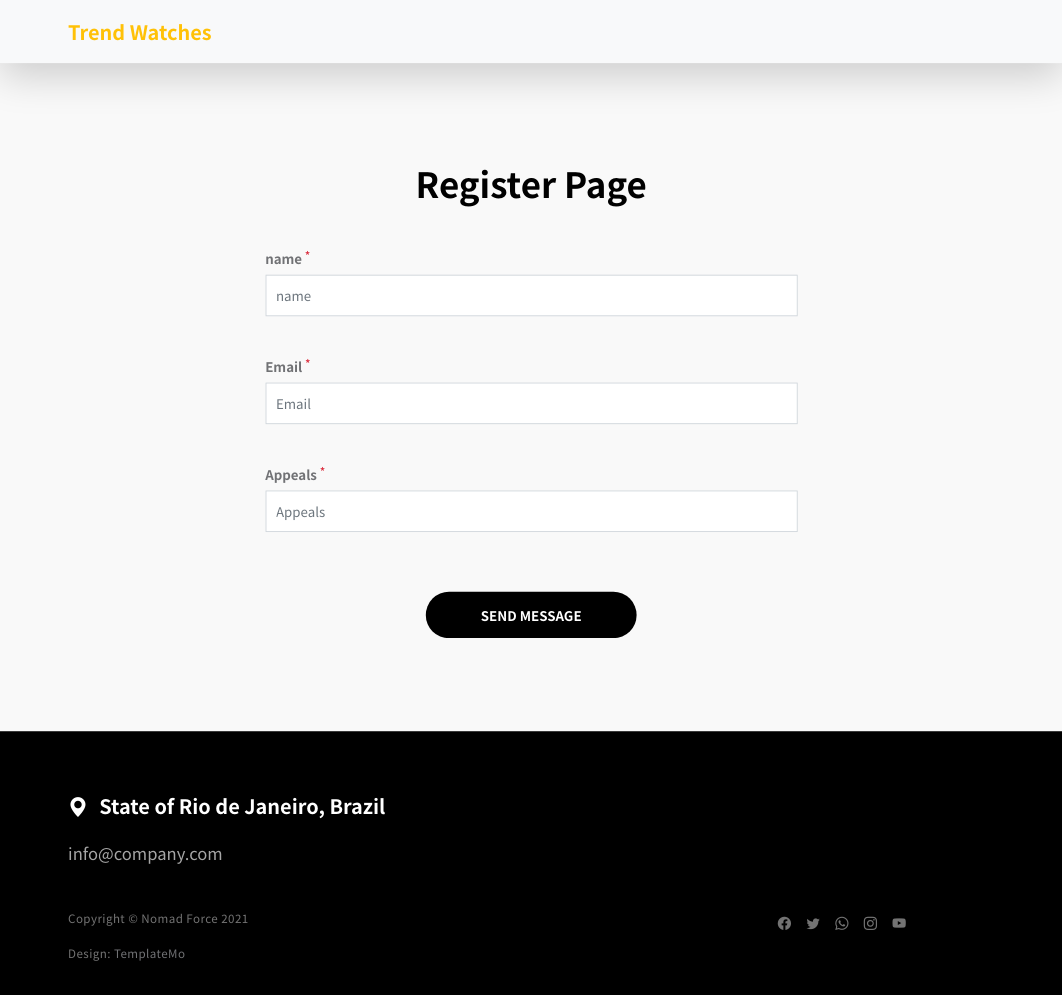
Repository: maqsudov0371/homework
Page: templates/appeals.html
The author's editor kept a copy of each file at every save. The page is drawn from the files as they stood at one save, then again after the next save.
The browser window is 1280 px wide. The pictures show the whole page, at 83% of full size.
The page is served by the project's application, run on Django 5.2 (manage.py). The template is opened directly, without the code that normally fills it, so the values that code supplies are empty.

Above is the page before, as saved 2024-07-13 15:19:58.

After the next save:
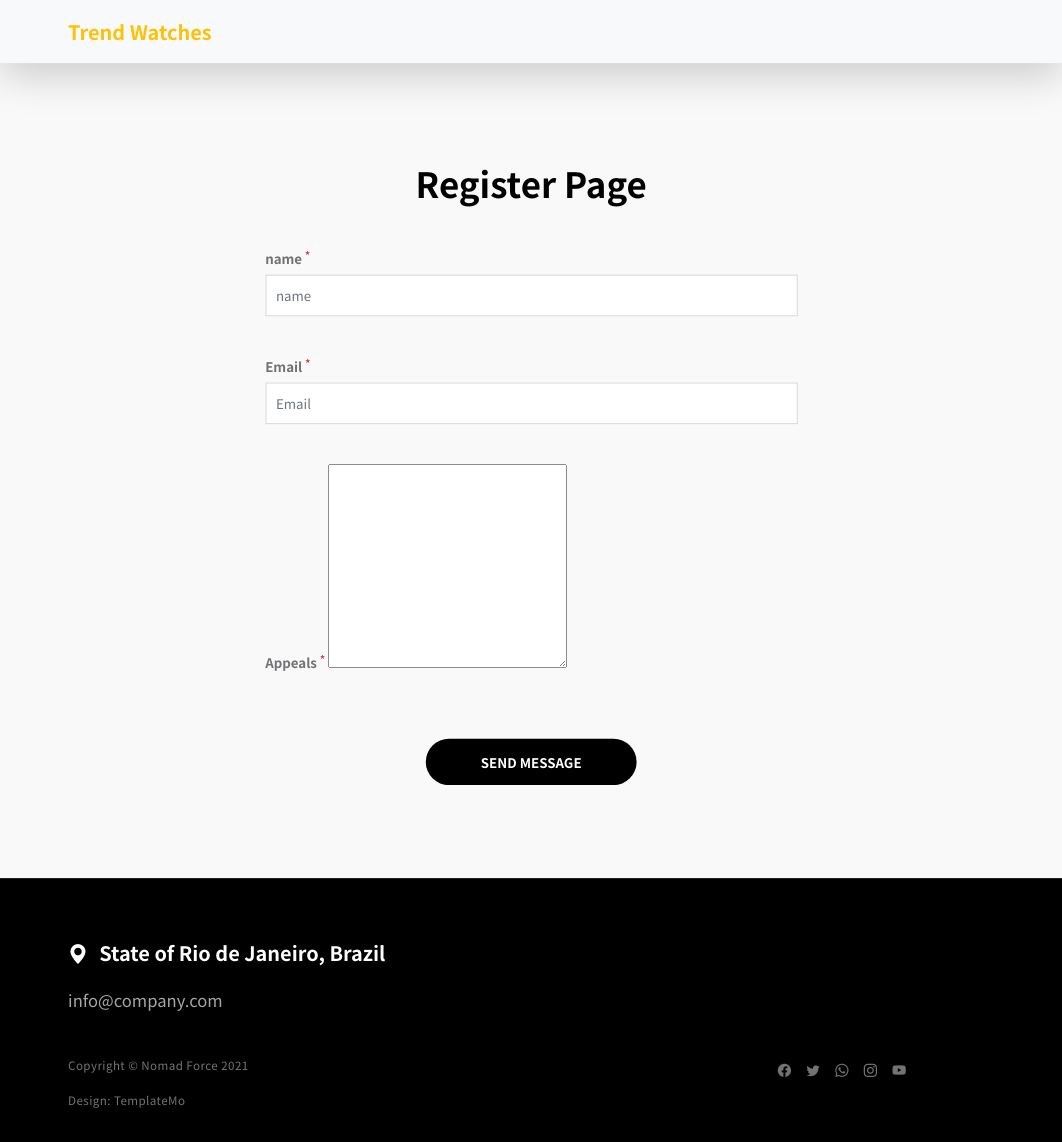
Saved 14 s later.
--- a/templates/appeals.html
+++ b/templates/appeals.html
@@ -83,7 +83,7 @@ https://templatemo.com/tm-567-nomad-force
                                     <div class="col-lg-12 my-4">
                                         <label for="appeals" class="form-label">Appeals <sup class="text-danger">*</sup></label>
 
-                                        <input type="appeals" name="appeals" id="appeals"  class="form-control" placeholder="Appeals" >
+                                        <textarea name="" id="" cols="30" rows="10"></textarea>
                                     </div>
 
                                 <div class="col-lg-5 col-12 mx-auto mt-5">
